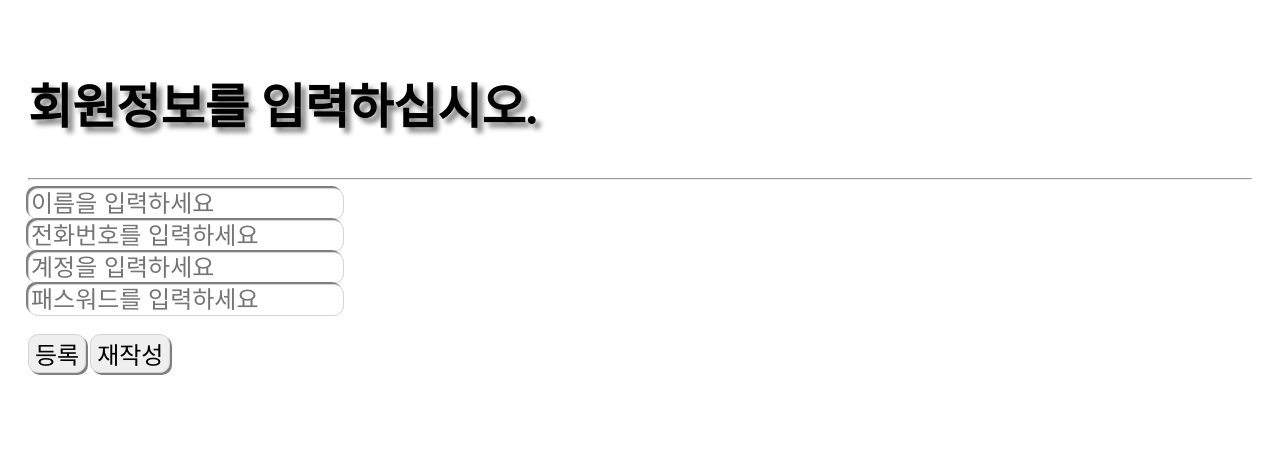
Repository: kdg0109/multicampus_course
Page: web course/workspace_web/mvc/WebContent/htmlexam/memberForm.html
These files come from the project's save history. The page is drawn as it stood at one moment and after a run of saves; the edit follows.
The browser window is 1280 px wide. The pictures show the whole page.

Above is the page before, as saved 2018-02-09 03:35:37.

### web course/workspace_web/mvc/WebContent/htmlexam/memberForm.html
<!DOCTYPE html>
<html>
<head>
<meta charset="UTF-8">
<title>Insert title here</title>
<style>
	h1 {
		font-size : 3em;
		text-shadow: 5px 5px 5px gray;
	}
	input {
		font-size : 1.5em;
		font-size : 1.5em;
		border : solid 1px #D5D5D5;
		border-radius: 10px 10px 10px 10px;
	}
	.input {
		box-shadow: -2px -2px gray;
	}
	.output {
	 box-shadow: 2px 2px gray;
	}
	#click1, #click2 {
		background: gray;
	}
	#article1 {
		padding: 20px;
	}
</style>
</head>
<body>
	<article id="article1">
		<h1>회원정보를 입력하십시오.</h1>
		<hr>
		<form method="post" action="/mvc/grade" >
			<input type="text" name = "name" placeholder="이름을 입력하세요" class="input" required><br/>
			<input type="tel" name = "tel" placeholder="전화번호를 입력하세요" class="input" required><br/>
			<input type="text" name = "userId" placeholder="계정을 입력하세요" class="input" required><br/>
			<input type="password" name = "userPass" placeholder="패스워드를 입력하세요" class="input" required><br/><br>
	      <input type="submit" name="ok" class="output" value="등록">
	      <input type="reset" name="clear" class="output" value="재작성"><br>
		</form>
	</article>
</body>
</html>

After the next 2 saves:
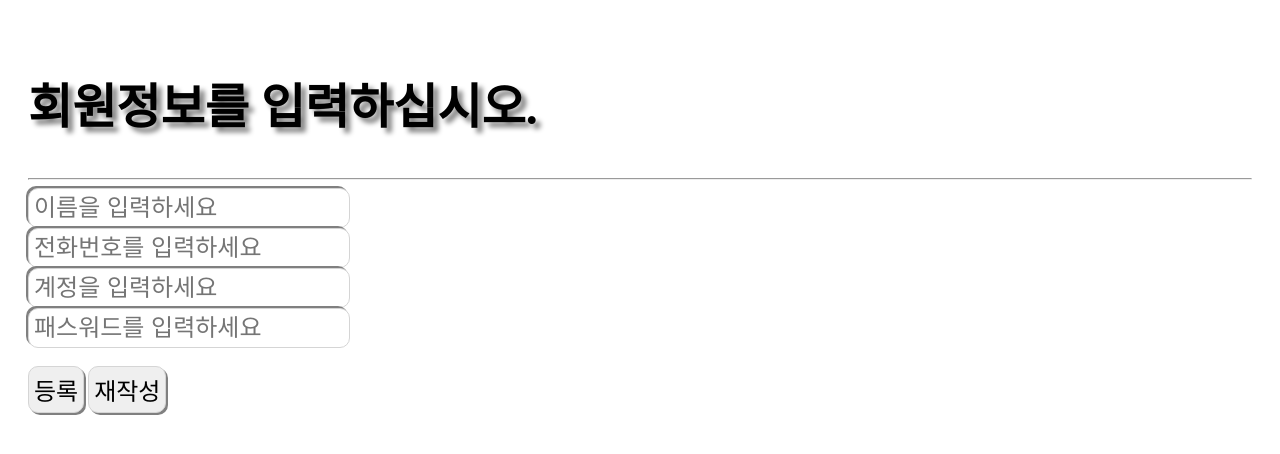
The 2 saves are shown as one change because they came seconds apart.
The last was saved 16 s later.
--- a/web course/workspace_web/mvc/WebContent/htmlexam/memberForm.html
+++ b/web course/workspace_web/mvc/WebContent/htmlexam/memberForm.html
@@ -10,7 +10,7 @@
 	}
 	input {
 		font-size : 1.5em;
-		font-size : 1.5em;
+		padding : 5px;
 		border : solid 1px #D5D5D5;
 		border-radius: 10px 10px 10px 10px;
 	}
